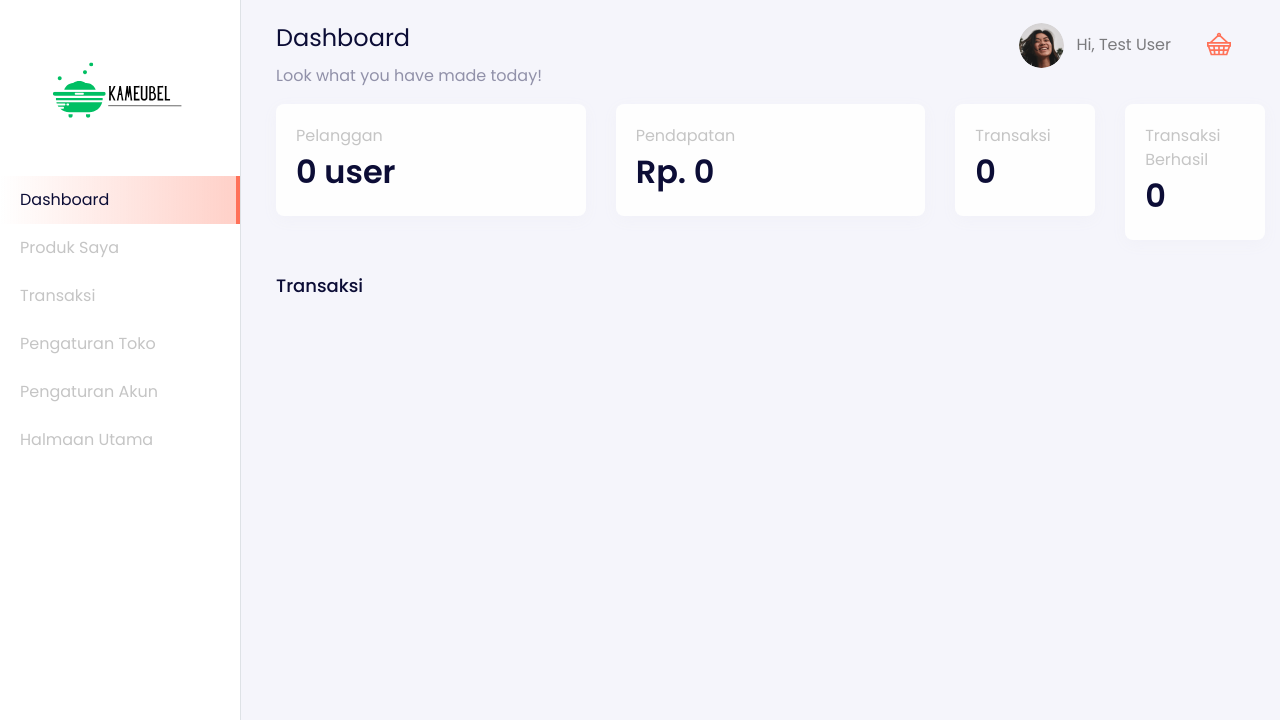
Repository: asyrofuddien/Meubel_Store
Page: http://localhost/dashboard
These files come from the project's save history. The page is drawn as it stood at one moment and after the next save; the edit follows.
The browser window is 1280 px wide. The pictures show the whole page.
The page is served by the project's Laravel application, run on PHP 8.4 with Laravel 8. A made-up administrator, Test User (test@example.com), is signed in. Queries for data that is not in the repository find no rows.

Above is the page before, as saved 2023-08-08 11:05:19.

After the next save:
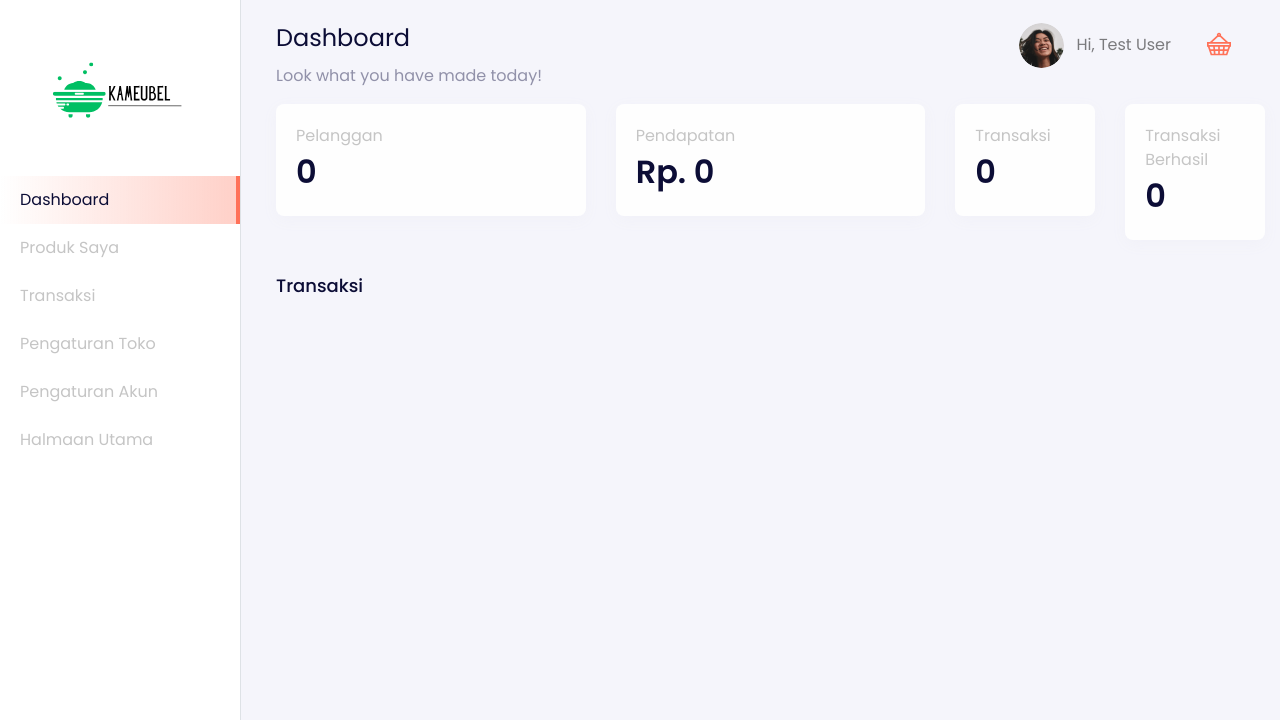
Saved 47 s later.
--- a/resources/views/pages/dashboard.blade.php
+++ b/resources/views/pages/dashboard.blade.php
@@ -20,7 +20,7 @@
                     <div class="card mb-2">
                     <div class="card-body">
                         <div class="dashboard-card-title">Pelanggan</div>
-                        <div class="dashboard-card-subtitle">{{ number_format($customer) }} user</div>
+                        <div class="dashboard-card-subtitle">{{ number_format($customer) }} </div>
                     </div>
                     </div>
                 </div>
